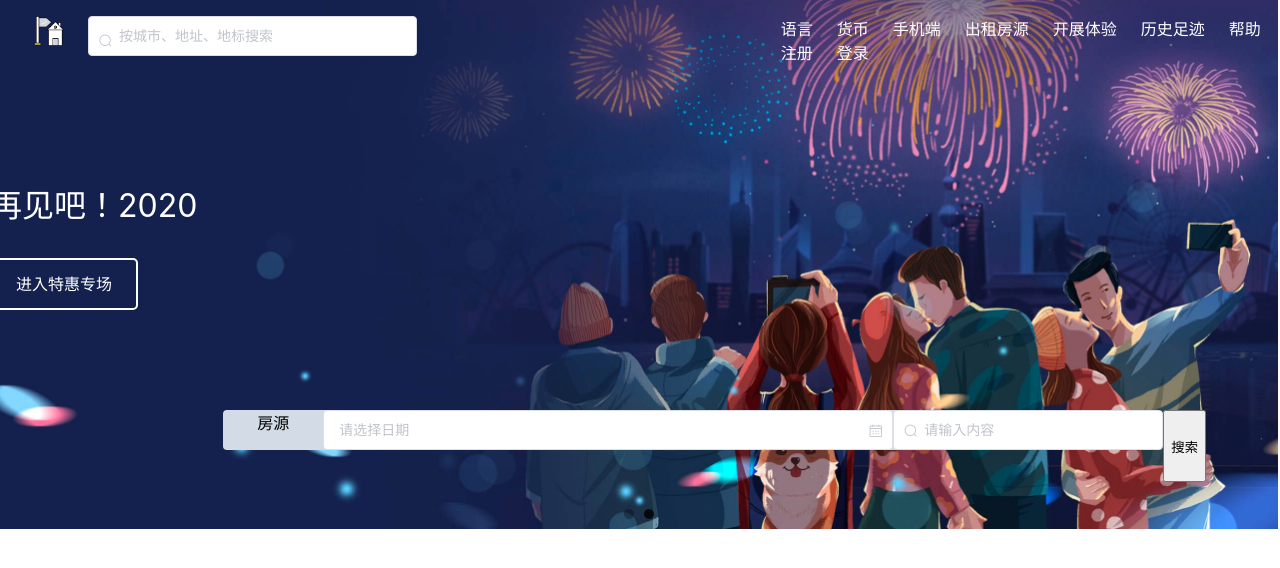
Repository: yz1181214391/my-airbnb
Page: /
An editor plug-in stored every save of this project. The page is shown before and after the next save, followed by the edit.
The browser window is 1280 px wide. The pictures show the whole page.
The project was rebuilt for these pictures with package versions that can differ from the ones it lists, and the page was loaded fresh each time. Also part of the build but not shown: src/views/Language.vue, src/views/Currency.vue, src/views/Enter.vue, src/views/Experience.vue, src/views/Help.vue, src/views/History.vue, src/views/Mobile.vue, src/views/Register.vue and 1 more.

Above is the page before, as saved 2020-12-14 13:51:10.

After the next save:
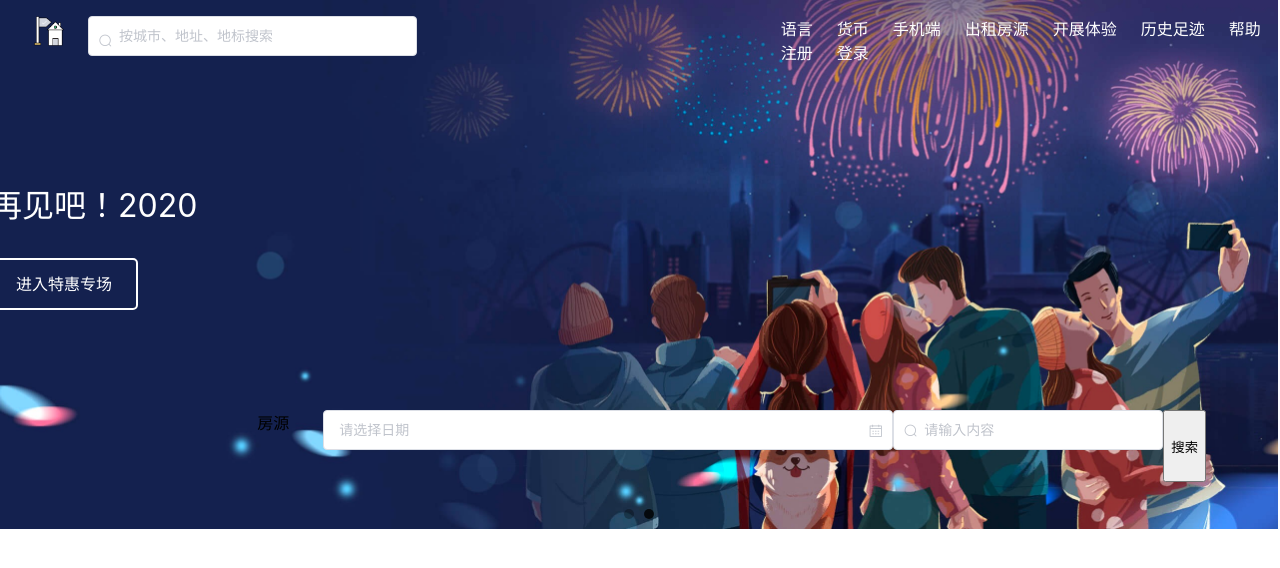
Saved 77 s later.
--- a/src/components/Header.vue
+++ b/src/components/Header.vue
@@ -32,7 +32,7 @@
       </el-row>
       <el-row :gutter="20">
         <el-col :span="16" :offset="4" >
-          <div class="grid-content bg-purple1">
+          <!-- <div class="grid-content bg-purple1"> -->
             <div class="demo-input-suffix" style="display:flex;width:1032px;height:72px;">
               <div style="width:100px;height:100%; text-align: center;">房源</div>
               <div style="width:570px;height:100%;">
@@ -51,7 +51,7 @@
               </div>
               <button>搜索</button>
             </div>
-          </div>
+          <!-- </div> -->
         </el-col>
       </el-row>
     </div>
